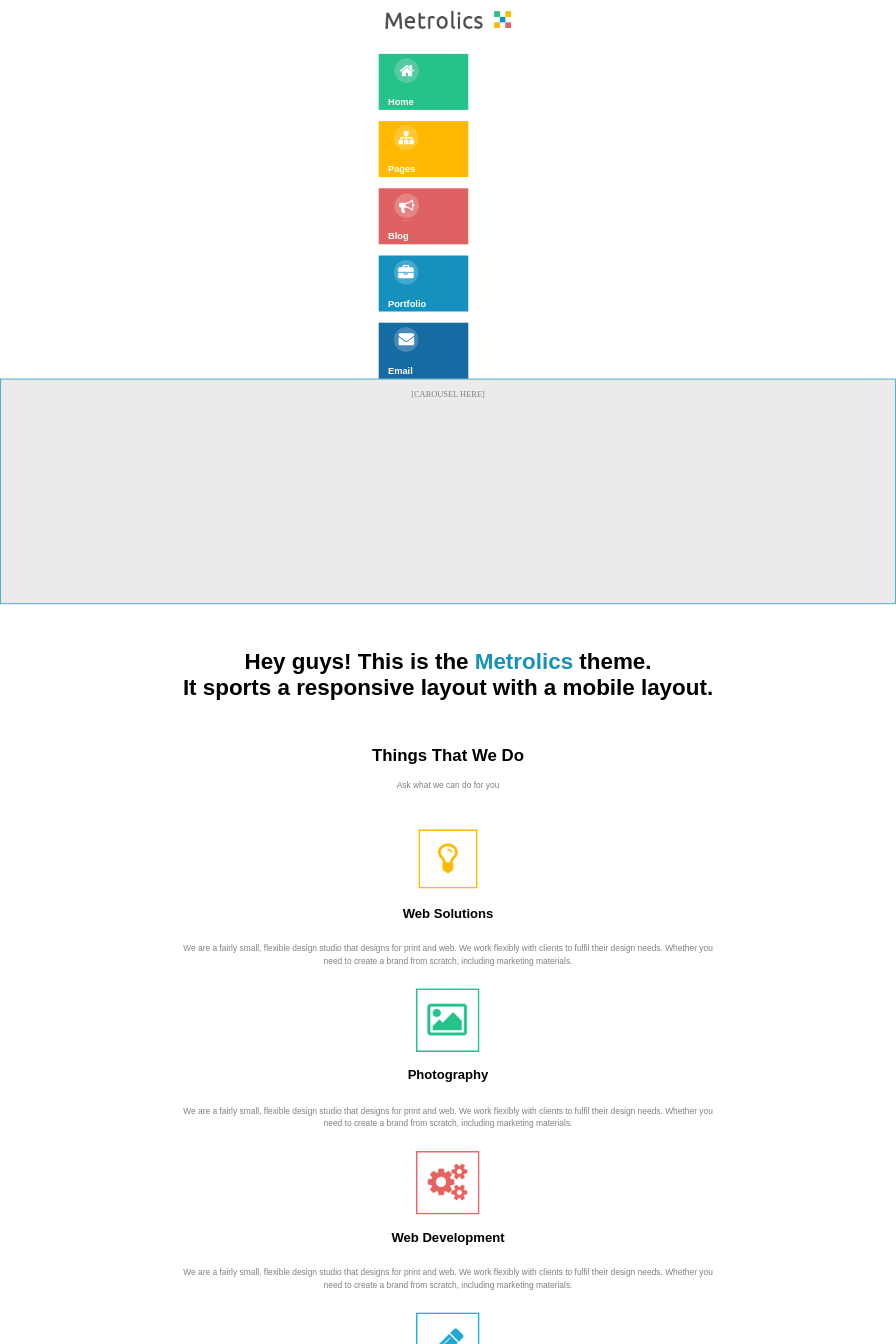
Repository: pjiang604/mdia2003-lab03b
Page: index.html
These files come from the project's save history. The page is drawn as it stood at one moment and after the next save; the edit follows.
The browser window is 1280 px wide. The pictures show the part of the page from y = 0 to 1920 px (the page is 4358 px tall), at 70% of full size.

Above is the page before, as saved 2023-02-05 03:18:09.

After the next save:
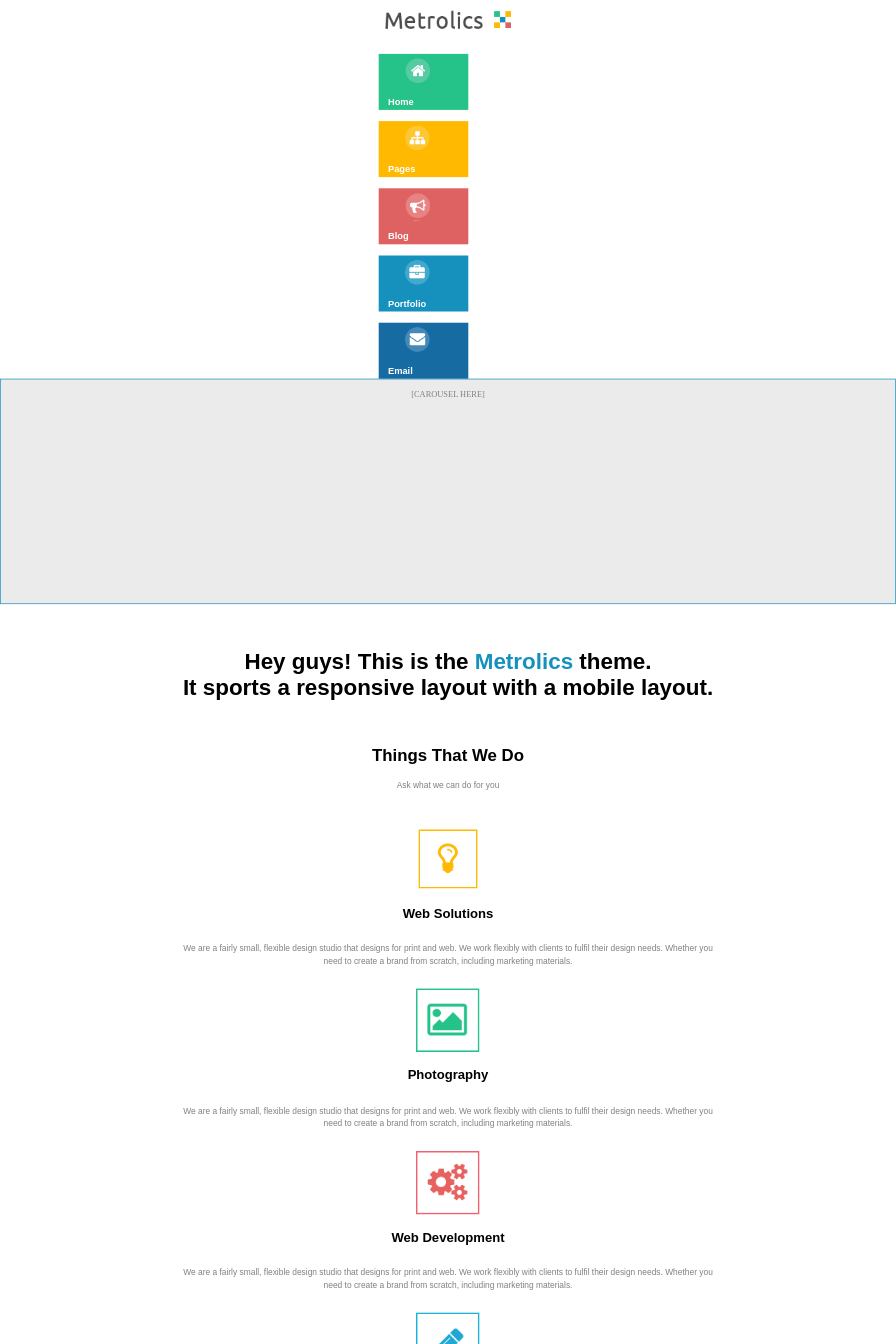
Saved 4 s later.
--- a/style.css
+++ b/style.css
@@ -103,7 +103,7 @@ nav {
     justify-content: center;
     align-items: center;
     width: 3em;
-    margin-left:1em;
+    margin-left:2em;
     height: 3em;
 }
 
